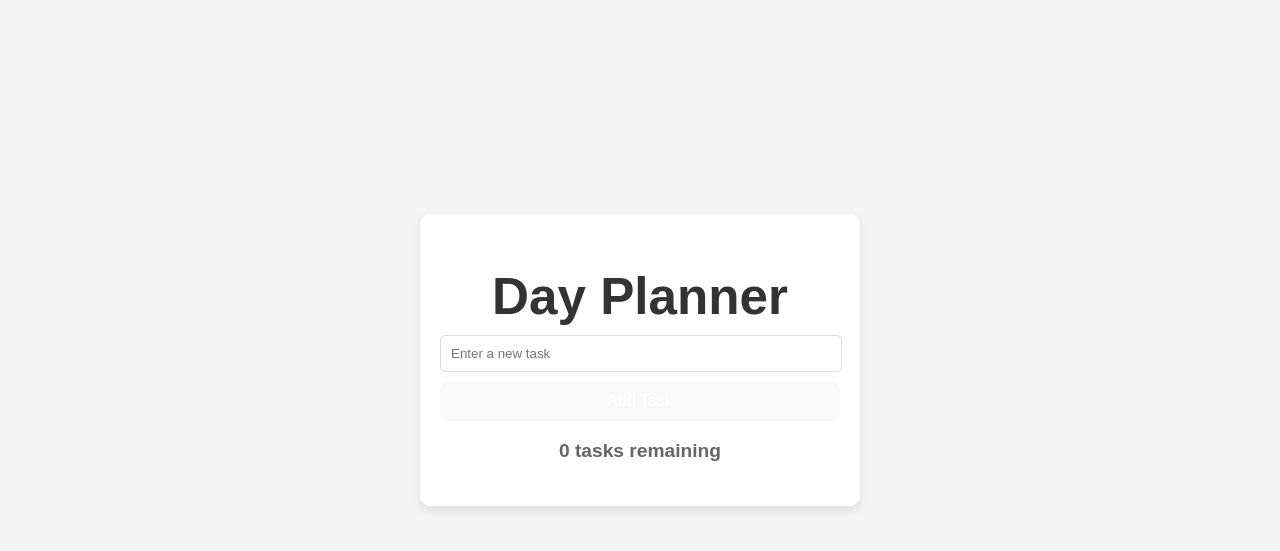
Repository: Hennyyyy8/Lab-4
Page: / (app in react/)
An editor plug-in stored every save of this project. The page is shown before and after the next save, followed by the edit.
The browser window is 1280 px wide. The pictures show the whole page.
The project was rebuilt for these pictures with package versions that can differ from the ones it lists, and the page was loaded fresh each time. Also part of the build but not shown: react/vite.config.js, react/src/task.jsx.

Above is the page before, as saved 2024-10-13 04:13:55.

After the next save:
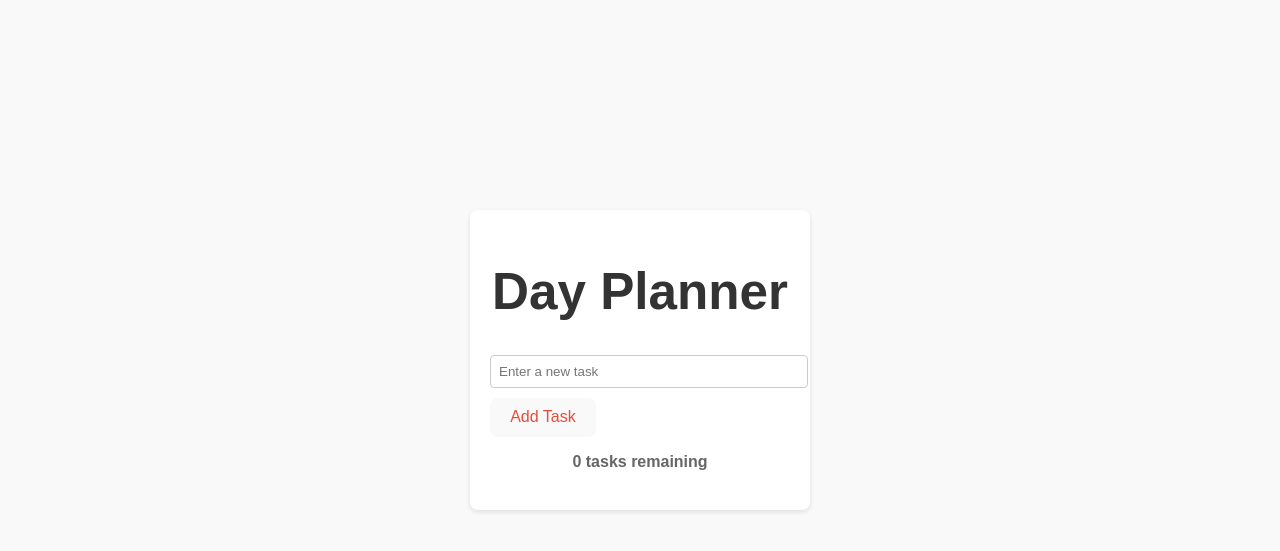
Saved 3 min 14 s later.
--- a/react/src/App.css
+++ b/react/src/App.css
@@ -1,33 +1,34 @@
+/* App.css */
+
 body {
-  font-family: Arial, sans-serif;
-  background-color: #f4f4f4;
-  margin: 0;
-  padding: 0;
+  font-family: sans-serif;
+  background-color: #f9f9f9;
   display: flex;
   justify-content: center;
   align-items: center;
   height: 100vh;
+  margin: 0;
+}
+
+.container {
+  background-color: #fff;
+  padding: 20px;
+  border-radius: 8px;
+  box-shadow: 0 2px 5px rgba(0, 0, 0, 0.1);
+  width: 300px;
 }
 
 h1 {
+  font-size: 1.5em;
+  text-align: center;
   color: #333;
-  text-align: center;
-  margin-bottom: 10px;
-}
-
-.container {
-  background-color: white;
-  padding: 20px;
-  border-radius: 10px;
-  box-shadow: 0 4px 10px rgba(0, 0, 0, 0.1);
-  width: 400px;
 }
 
 h2 {
-  font-size: 1.2em;
+  font-size: 1em;
   color: #666;
   text-align: center;
-  margin-bottom: 20px;
+  margin-bottom: 15px;
 }
 
 ul {
@@ -36,54 +37,41 @@ ul {
 }
 
 li {
-  background-color: #f9f9f9;
-  padding: 10px;
-  border-radius: 5px;
   display: flex;
   justify-content: space-between;
-  align-items: center;
-  margin-bottom: 10px;
-  transition: background-color 0.3s;
+  padding: 8px 0;
+  border-bottom: 1px solid #eee;
 }
 
-li.completed {
-  background-color: #e0ffe0;
-  text-decoration: line-through;
+li:last-child {
+  border-bottom: none;
 }
 
 input[type="checkbox"] {
-  transform: scale(1.2);
   margin-right: 10px;
 }
 
 button {
-  background-color: #ff6b6b;
-  color: white;
+  background-color: transparent;
   border: none;
-  padding: 5px 10px;
-  border-radius: 5px;
+  color: #e74c3c;
   cursor: pointer;
-  transition: background-color 0.3s;
+  font-size: 0.9em;
 }
 
 button:hover {
-  background-color: #ff4c4c;
+  color: #c0392b;
 }
 
 input[type="text"] {
-  padding: 10px;
-  border-radius: 5px;
-  border: 1px solid #ddd;
-  width: calc(100% - 20px);
+  width: 100%;
+  padding: 8px;
   margin-bottom: 10px;
+  border: 1px solid #ccc;
+  border-radius: 4px;
 }
 
 input[type="text"]:focus {
   outline: none;
   border-color: #333;
 }
-
-form {
-  display: flex;
-  flex-direction: column;
-}
